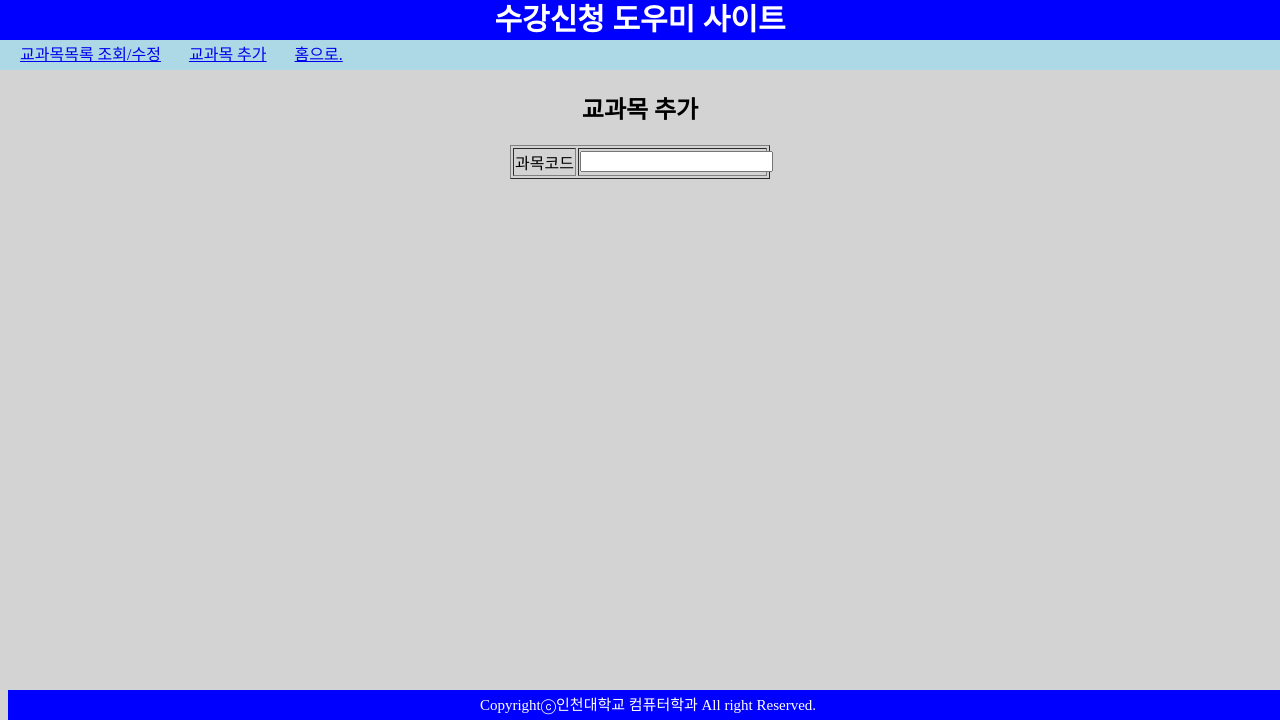
Repository: leesuyeon116/HRD_2
Page: http://localhost/HRD_0419/insert.jsp
These files come from the project's save history. The page is drawn as it stood at one moment and after the next save; the edit follows.
The browser window is 1280 px wide. The pictures show the whole page.
The page is served by Tomcat 9. Other server files are loaded and not shown.

Above is the page before, as saved 2024-04-19 06:03:27.

### HRD_0419/src/main/webapp/insert.jsp
<%@ page language="java" contentType="text/html; charset=UTF-8"
    pageEncoding="UTF-8"%>
<!DOCTYPE html>
<html>
<head>
<meta charset="UTF-8">
<title>insert</title>
</head>
<body>
	<jsp:include page="header.jsp"></jsp:include>
    <section style="position: fixed; top: 70px; left: 0px; width: 100%; height: 100%; background-color: lightgray">
    	<h2 style="text-align: center;"><b>교과목 추가</b></h2>
		<form method="post" action="action.jsp" name="frm" style="display: flex; align-items: center; justify-content: center">
			<table border="1">
				<tr>
					<td>과목코드</td>
					<td><input type="text" name="id" style="width: 100%"></td>
				</tr>
			</table>
		</form>
    </section>
	<jsp:include page="footer.jsp"></jsp:include>
</body>
</html>

### HRD_0419/src/main/webapp/header.jsp
<%@ page language="java" contentType="text/html; charset=UTF-8" pageEncoding="UTF-8"%>
<!DOCTYPE html>
<html>
<head>
    <meta charset="UTF-8">
    <title>header</title>
</head>
<body>
    <header style="position: fixed; top: 0px; left: 0px; width: 100%; height: 40px; line-height: 40px;
        background-color: blue; color: white; text-align: center; font-size: 30px">
        <b>수강신청 도우미 사이트</b>
    </header>

    <nav style="position: fixed; top: 40px; left: 0px; width: 100%; height: 30px; line-height: 30px;
        background-color: lightblue; color: white; padding-left: 20px">
        <a href="list.jsp">교과목목록 조회/수정</a> &nbsp; &nbsp; &nbsp;
        <a href="insert.jsp">교과목 추가</a> &nbsp; &nbsp; &nbsp;
        <a href="index.jsp">홈으로.</a> &nbsp; &nbsp; &nbsp;
    </nav>
</body>
</html>

### HRD_0419/src/main/webapp/footer.jsp
<%@ page language="java" contentType="text/html; charset=UTF-8" pageEncoding="UTF-8"%>
<!DOCTYPE html>
<html>
<head>
    <meta charset="UTF-8">
    <title>footer</title>
</head>
<body>
    <footer style="position: fixed; bottom: 0px; width: 100%; height: 30px; background-color: blue; color: white;
        text-align: center; line-height: 30px; font-size: 15px;">
        Copyrightⓒ인천대학교 컴퓨터학과 All right Reserved.
    </footer>
</body>
</html>

After the next save:
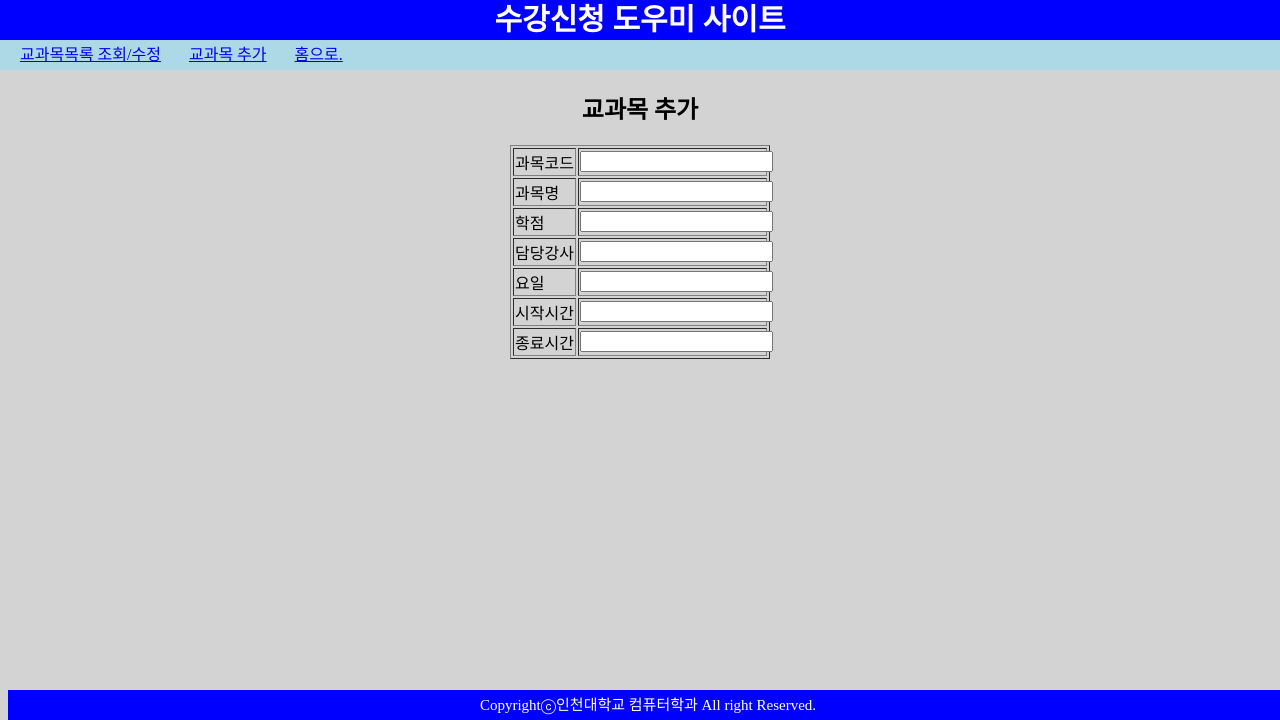
Saved 70 s later.
--- a/HRD_0419/src/main/webapp/insert.jsp
+++ b/HRD_0419/src/main/webapp/insert.jsp
@@ -16,6 +16,36 @@
 					<td>과목코드</td>
 					<td><input type="text" name="id" style="width: 100%"></td>
 				</tr>
+
+				<tr>
+					<td>과목명</td>
+					<td><input type="text" name="id" style="width: 100%"></td>
+				</tr>
+
+				<tr>
+					<td>학점</td>
+					<td><input type="text" name="id" style="width: 100%"></td>
+				</tr>
+
+				<tr>
+					<td>담당강사</td>
+					<td><input type="text" name="id" style="width: 100%"></td>
+				</tr>
+
+				<tr>
+					<td>요일</td>
+					<td><input type="text" name="id" style="width: 100%"></td>
+				</tr>
+
+				<tr>
+					<td>시작시간</td>
+					<td><input type="text" name="id" style="width: 100%"></td>
+				</tr>
+
+				<tr>
+					<td>종료시간</td>
+					<td><input type="text" name="id" style="width: 100%"></td>
+				</tr>
 			</table>
 		</form>
     </section>
